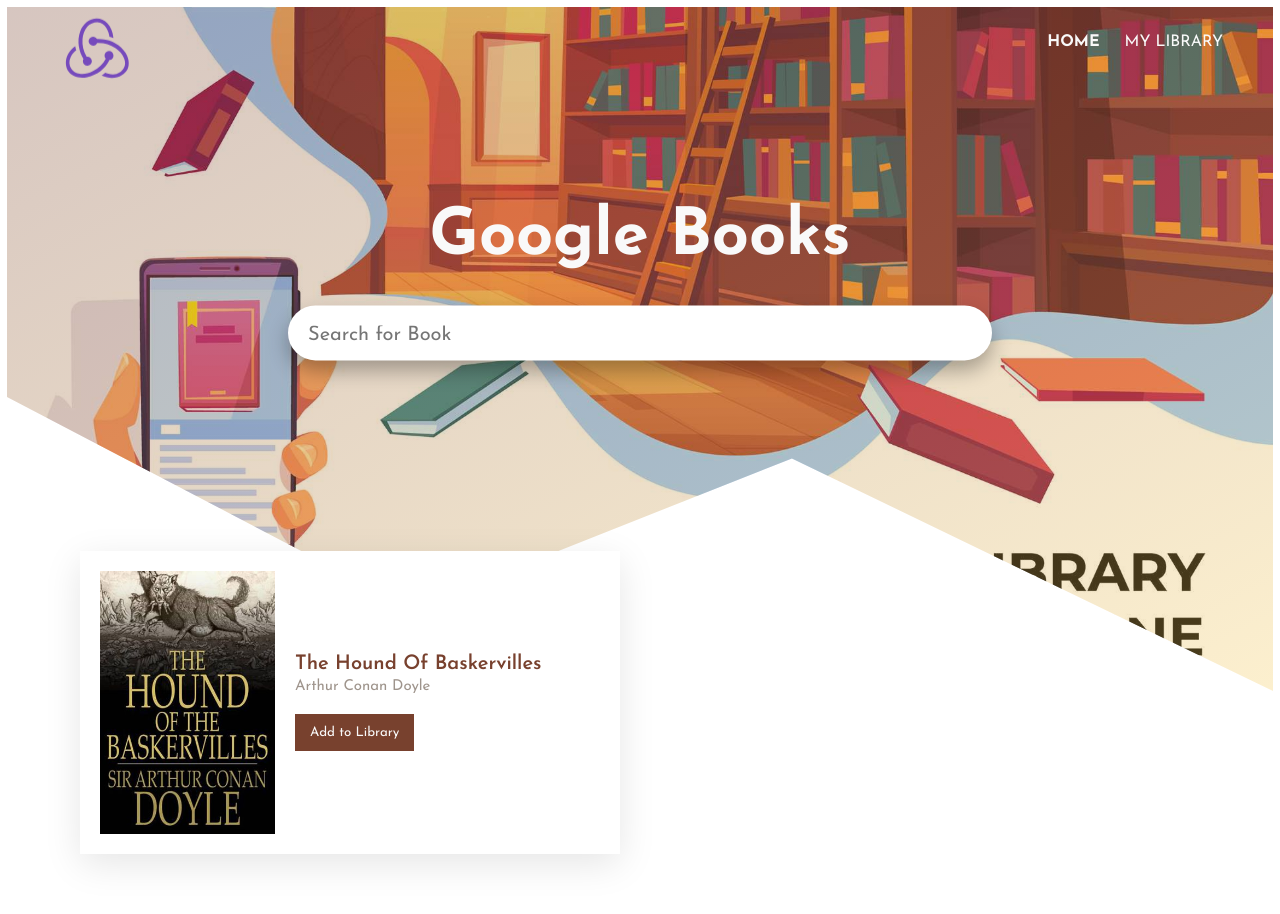
Repository: Kol124/react-book-library
Page: /
The author's editor kept a copy of each file at every save. The page is drawn from the files as they stood at one save, then again after the next save.
The browser window is 1280 px wide. The pictures show the whole page.
Backgrounds fixed to the window are drawn as part of the page. The project was rebuilt for these pictures with package versions that can differ from the ones it lists, and the page was loaded fresh each time. Also part of the build but not shown: src/components/BookCard.js, src/components/Library.js.

Above is the page before, as saved 2021-07-19 18:38:12.

### public/index.html
<!DOCTYPE html>
<html lang="en">
  <head>
    <meta charset="utf-8" />
    <link rel="icon" href="%PUBLIC_URL%/favicon.ico" />
    <meta name="viewport" content="width=device-width, initial-scale=1" />
    <meta name="theme-color" content="#000000" />
    <meta
      name="description"
      content="Web site created using create-react-app"
    />
    <link rel="apple-touch-icon" href="%PUBLIC_URL%/logo192.png" />
    <!--
      manifest.json provides metadata used when your web app is installed on a
      user's mobile device or desktop. See https://developers.google.com/web/fundamentals/web-app-manifest/
    -->
    <link rel="manifest" href="%PUBLIC_URL%/manifest.json" />
    <!--
      Notice the use of %PUBLIC_URL% in the tags above.
      It will be replaced with the URL of the `public` folder during the build.
      Only files inside the `public` folder can be referenced from the HTML.

      Unlike "/favicon.ico" or "favicon.ico", "%PUBLIC_URL%/favicon.ico" will
      work correctly both with client-side routing and a non-root public URL.
      Learn how to configure a non-root public URL by running `npm run build`.
    -->
    <link rel="stylesheet" href="all.min.css" />
    <title>React Redux App</title>
  </head>
  <body>
    <noscript>You need to enable JavaScript to run this app.</noscript>
    <div id="root"></div>
    <!--
      This HTML file is a template.
      If you open it directly in the browser, you will see an empty page.

      You can add webfonts, meta tags, or analytics to this file.
      The build step will place the bundled scripts into the <body> tag.

      To begin the development, run `npm start` or `yarn start`.
      To create a production bundle, use `npm run build` or `yarn build`.
    -->
  </body>
</html>

### src/index.css
@import url(fonts.css);

*,
*::before,
*::after {
  margin: 0;
  padding: 0;
  box-sizing: inherit;
}

html {
  scroll-behavior: smooth;
  box-sizing: border-box;
  font-size: 62.5%;
}

@media only screen and (max-width: 1024px) {
  html {
    font-size: 55.25%;
  }
}

@media only screen and (max-width: 480px) {
  html {
    font-size: 48%;
  }
}

body {
  font-family: Josefin Slab, "Lucida Sans", cursive;
  margin: 0.7rem;
}

a {
  color: #f9f9f9;
  text-decoration: none;
}

h1,
h2,
h3,
h4,
h5,
h6 {
  font-family: Josefin Sans, sans-serif;
}

p {
  color: #5f4e40;
}

/* .App-logo {
  height: 8.5vmin;
  pointer-events: none;
} */

@media (prefers-reduced-motion: no-preference) {
  .App-logo {
    animation: App-logo-float infinite 3s ease-in-out;
  }
}

@keyframes App-logo-float {
  0% {
    transform: translateY(0);
  }
  50% {
    transform: translateY(5px);
  }
  100% {
    transform: translateY(0px);
  }
}

### src/App.js
import React from "react";
import Home from "./components/Home";
import Header from "./components/Header";
import Library from "./components/Library";
import { BrowserRouter as Router, Switch, Route } from "react-router-dom";

function App() {
  return (
    <Router>
      <Header />
      <Switch>
        <Route exact path="/">
          <Home />
        </Route>
        <Route exact path="/Library">
          <Library />
        </Route>
      </Switch>
    </Router>
  );
}

export default App;

### src/app/store.js
import { configureStore } from "@reduxjs/toolkit";
import libraryReducer from "../features/library/librarySlice";
import counterReducer from "../features/counter/counterSlice";

export default configureStore({
  reducer: {
    library: libraryReducer,
    counter: counterReducer,
  },
});

### src/fonts.css
/* josefin-sans-300 - latin */
@font-face {
  font-family: "Josefin Sans";
  font-style: normal;
  font-weight: 300;
  src: url("./fonts/josefin-sans-v17-latin-300.eot"); /* IE9 Compat Modes */
  src: local(""),
    url("./fonts/josefin-sans-v17-latin-300.eot?#iefix")
      format("embedded-opentype"),
    /* IE6-IE8 */ url("./fonts/josefin-sans-v17-latin-300.woff2")
      format("woff2"),
    /* Super Modern Browsers */ url("./fonts/josefin-sans-v17-latin-300.woff")
      format("woff"),
    /* Modern Browsers */ url("./fonts/josefin-sans-v17-latin-300.ttf")
      format("truetype"),
    /* Safari, Android, iOS */
      url("./fonts/josefin-sans-v17-latin-300.svg#JosefinSans") format("svg"); /* Legacy iOS */
}
/* josefin-sans-regular - latin */
@font-face {
  font-family: "Josefin Sans";
  font-style: normal;
  font-weight: 400;
  src: url("./fonts/josefin-sans-v17-latin-regular.eot"); /* IE9 Compat Modes */
  src: local(""),
    url("./fonts/josefin-sans-v17-latin-regular.eot?#iefix")
      format("embedded-opentype"),
    /* IE6-IE8 */ url("./fonts/josefin-sans-v17-latin-regular.woff2")
      format("woff2"),
    /* Super Modern Browsers */
      url("./fonts/josefin-sans-v17-latin-regular.woff") format("woff"),
    /* Modern Browsers */ url("./fonts/josefin-sans-v17-latin-regular.ttf")
      format("truetype"),
    /* Safari, Android, iOS */
      url("./fonts/josefin-sans-v17-latin-regular.svg#JosefinSans")
      format("svg"); /* Legacy iOS */
}
/* josefin-sans-600 - latin */
@font-face {
  font-family: "Josefin Sans";
  font-style: normal;
  font-weight: 600;
  src: url("./fonts/josefin-sans-v17-latin-600.eot"); /* IE9 Compat Modes */
  src: local(""),
    url("./fonts/josefin-sans-v17-latin-600.eot?#iefix")
      format("embedded-opentype"),
    /* IE6-IE8 */ url("./fonts/josefin-sans-v17-latin-600.woff2")
      format("woff2"),
    /* Super Modern Browsers */ url("./fonts/josefin-sans-v17-latin-600.woff")
      format("woff"),
    /* Modern Browsers */ url("./fonts/josefin-sans-v17-latin-600.ttf")
      format("truetype"),
    /* Safari, Android, iOS */
      url("./fonts/josefin-sans-v17-latin-600.svg#JosefinSans") format("svg"); /* Legacy iOS */
}
/* josefin-sans-700 - latin */
@font-face {
  font-family: "Josefin Sans";
  font-style: normal;
  font-weight: 700;
  src: url("./fonts/josefin-sans-v17-latin-700.eot"); /* IE9 Compat Modes */
  src: local(""),
    url("./fonts/josefin-sans-v17-latin-700.eot?#iefix")
      format("embedded-opentype"),
    /* IE6-IE8 */ url("./fonts/josefin-sans-v17-latin-700.woff2")
      format("woff2"),
    /* Super Modern Browsers */ url("./fonts/josefin-sans-v17-latin-700.woff")
      format("woff"),
    /* Modern Browsers */ url("./fonts/josefin-sans-v17-latin-700.ttf")
      format("truetype"),
    /* Safari, Android, iOS */
      url("./fonts/josefin-sans-v17-latin-700.svg#JosefinSans") format("svg"); /* Legacy iOS */
}

/* josefin-slab-300 - latin */
@font-face {
  font-family: "Josefin Slab";
  font-style: normal;
  font-weight: 300;
  src: url("./fonts/josefin-slab-v13-latin-300.eot"); /* IE9 Compat Modes */
  src: local(""),
    url("./fonts/josefin-slab-v13-latin-300.eot?#iefix")
      format("embedded-opentype"),
    /* IE6-IE8 */ url("./fonts/josefin-slab-v13-latin-300.woff2")
      format("woff2"),
    /* Super Modern Browsers */ url("./fonts/josefin-slab-v13-latin-300.woff")
      format("woff"),
    /* Modern Browsers */ url("./fonts/josefin-slab-v13-latin-300.ttf")
      format("truetype"),
    /* Safari, Android, iOS */
      url("./fonts/josefin-slab-v13-latin-300.svg#JosefinSlab") format("svg"); /* Legacy iOS */
}
/* josefin-slab-regular - latin */
@font-face {
  font-family: "Josefin Slab";
  font-style: normal;
  font-weight: 400;
  src: url("./fonts/josefin-slab-v13-latin-regular.eot"); /* IE9 Compat Modes */
  src: local(""),
    url("./fonts/josefin-slab-v13-latin-regular.eot?#iefix")
      format("embedded-opentype"),
    /* IE6-IE8 */ url("./fonts/josefin-slab-v13-latin-regular.woff2")
      format("woff2"),
    /* Super Modern Browsers */
      url("./fonts/josefin-slab-v13-latin-regular.woff") format("woff"),
    /* Modern Browsers */ url("./fonts/josefin-slab-v13-latin-regular.ttf")
      format("truetype"),
    /* Safari, Android, iOS */
      url("./fonts/josefin-slab-v13-latin-regular.svg#JosefinSlab")
      format("svg"); /* Legacy iOS */
}
/* josefin-slab-600 - latin */
@font-face {
  font-family: "Josefin Slab";
  font-style: normal;
  font-weight: 600;
  src: url("./fonts/josefin-slab-v13-latin-600.eot"); /* IE9 Compat Modes */
  src: local(""),
    url("./fonts/josefin-slab-v13-latin-600.eot?#iefix")
      format("embedded-opentype"),
    /* IE6-IE8 */ url("./fonts/josefin-slab-v13-latin-600.woff2")
      format("woff2"),
    /* Super Modern Browsers */ url("./fonts/josefin-slab-v13-latin-600.woff")
      format("woff"),
    /* Modern Browsers */ url("./fonts/josefin-slab-v13-latin-600.ttf")
      format("truetype"),
    /* Safari, Android, iOS */
      url("./fonts/josefin-slab-v13-latin-600.svg#JosefinSlab") format("svg"); /* Legacy iOS */
}
/* josefin-slab-700 - latin */
@font-face {
  font-family: "Josefin Slab";
  font-style: normal;
  font-weight: 700;
  src: url("./fonts/josefin-slab-v13-latin-700.eot"); /* IE9 Compat Modes */
  src: local(""),
    url("./fonts/josefin-slab-v13-latin-700.eot?#iefix")
      format("embedded-opentype"),
    /* IE6-IE8 */ url("./fonts/josefin-slab-v13-latin-700.woff2")
      format("woff2"),
    /* Super Modern Browsers */ url("./fonts/josefin-slab-v13-latin-700.woff")
      format("woff"),
    /* Modern Browsers */ url("./fonts/josefin-slab-v13-latin-700.ttf")
      format("truetype"),
    /* Safari, Android, iOS */
      url("./fonts/josefin-slab-v13-latin-700.svg#JosefinSlab") format("svg"); /* Legacy iOS */
}

### src/components/Home.js
import React, { useState } from "react";
import ResultCard from "./ResultCard";
import axios from "axios";
import styled from "styled-components";

export default function Home() {
  const [query, setQuery] = useState("");
  const [results, setResults] = useState([]);

  const HandleChange = (e) => {
    setQuery(e.target.value);
  };

  function handleSubmit(e) {
    e.preventDefault();

    axios
      .get(
        ` https://www.googleapis.com/books/v1/volumes?q=${query}&maxResults=20`
      )
      .then((res) => {
        setResults(res.data.items);
        console.log(res.data.items);
      });
  }

  return (
    <>
      <HeroContent>
        <Heading>Google Books</Heading>
        <form onSubmit={handleSubmit}>
          <Search
            type="text"
            value={query}
            placeholder="Search for Book"
            onChange={HandleChange}
          />
        </form>
      </HeroContent>
      <Grid>
        {results &&
          results.map((book) => <ResultCard key={book.id} book={book} />)}
        <ResultCard />
      </Grid>
    </>
  );
}

const HeroContent = styled.div`
  position: absolute;
  width: 55%;
  top: 40%;
  left: 50%;
  margin: 0 auto;
  transform: translate(-50%, -50%);

  @media only screen and (max-width: 480px) {
    width: 75%;
  }
`;

const Heading = styled.h1`
  font-size: 6.5rem;
  color: #f9f9f9;
  margin-bottom: 5%;
  text-align: center;
`;

const Search = styled.input`
  font-family: "Josefin Sans", cursive, sans-serif;
  margin: 0 auto 1rem auto;
  height: 5.5rem;
  border: none;
  width: 100%;
  outline: none;
  font-size: 2rem;
  border-radius: 3rem;
  padding: 1.5rem 1rem 1rem 2rem;
  box-shadow: 0 10px 20px rgba(0, 0, 0, 0.3);
`;

const Grid = styled.main`
  grid-template-columns: repeat(2, 1fr);
  margin: -15rem auto 5rem auto;
  display: grid;
  grid-gap: 2rem;
  max-width: 114rem;

  @media only screen and (max-width: 768px) {
    grid-template-columns: 1fr;
  }
`;

### src/components/Header.js
import React from "react";
import Nav from "./Nav";
import styled from "styled-components";

const HeaderBackground = styled.header`
  height: 95vh;
  z-index: -100;
  position: relative;
  background-image: linear-gradient(
      to right bottom,
      rgba(120, 65, 46, 0.3),
      rgb(245, 203, 92, 0.3)
    ),
    url("/images/header-2.jpg");
  background-size: cover;
  background-position: top;
  background-repeat: no-repeat;
  background-attachment: fixed;
  clip-path: polygon(0 0, 100% 0, 100% 100%, 62% 66%, 32% 88%, 0 57%);

  @media only screen and (max-width: 480px) {
    height: 85vh;
  }
`;

const Header = () => {
  return (
    <>
      <Nav />
      <HeaderBackground />
    </>
  );
};

export default Header;

### src/features/library/librarySlice.js
import { createSlice } from "@reduxjs/toolkit";

export const librarySlice = createSlice({
  name: "library",
  initialState: {
    books: [],
  },
  reducer: {
    addBook: (books, action) => {
      books.push({
        id: action.payload.id,
        name: action.payload.name,
        author: action.payload.author,
        completed: false,
      });
      console.log("--> ", books);
    },

    removeBook: (books, action) => {
      books.filter((book) => book.id !== action.payload.id);
    },

    completeBook: (books, action) => {
      const index = books.findIndex((book) => book.id === action.payload.id);
      books[index].completed = !books[index].completed;
    },
  },
});

export const { addBook, removeBook, completeBook } = librarySlice.actions;
export const selectBook = (state) => state.library.books;

export default librarySlice.reducer;

### src/features/counter/counterSlice.js
import { createSlice } from '@reduxjs/toolkit';

export const counterSlice = createSlice({
  name: 'counter',
  initialState: {
    value: 0,
  },
  reducers: {
    increment: state => {
      // Redux Toolkit allows us to write "mutating" logic in reducers. It
      // doesn't actually mutate the state because it uses the Immer library,
      // which detects changes to a "draft state" and produces a brand new
      // immutable state based off those changes
      state.value += 1;
    },
    decrement: state => {
      state.value -= 1;
    },
    incrementByAmount: (state, action) => {
      state.value += action.payload;
    },
  },
});

export const { increment, decrement, incrementByAmount } = counterSlice.actions;

// The function below is called a thunk and allows us to perform async logic. It
// can be dispatched like a regular action: `dispatch(incrementAsync(10))`. This
// will call the thunk with the `dispatch` function as the first argument. Async
// code can then be executed and other actions can be dispatched
export const incrementAsync = amount => dispatch => {
  setTimeout(() => {
    dispatch(incrementByAmount(amount));
  }, 1000);
};

// The function below is called a selector and allows us to select a value from
// the state. Selectors can also be defined inline where they're used instead of
// in the slice file. For example: `useSelector((state) => state.counter.value)`
export const selectCount = state => state.counter.value;

export default counterSlice.reducer;

### src/components/ResultCard.js
import React from "react";
import styled from "styled-components";
import { useSelector, useDispatch } from "react-redux";
import {
  addBook,
  completeBook,
  selectBook,
} from "../features/library/librarySlice";

export const book = {
  id: 1,
  title: "The Hound of Baskervilles",
  author: "Arthur Conan Doyle",
};

const ResultCard = () => {
  const dispatch = useDispatch();
  const books = useSelector(selectBook);

  const myBooks = books.find((myBook) => myBook.id === book.id);

  const addBookDisabled = myBooks ? true : false;

  return (
    // <Card>
    //   {/* <a target={_blank} href={book.volumeInfo.previewLink}></a> */}
    //   {book.volumeInfo.imageLinks === undefined ? (
    //     <img
    //       src="https://via.placeholder.com/270x140/F5F5F5/AAAAAA/?text=No+Image+Available"
    //       alt={book.title}
    //     />
    //   ) : (
    //     <img src={book.volumeInfo.imageLinks.smallThumbnail} alt={book.title} />
    //   )}
    //   <div>
    //     <h2>{book.volumeInfo.title}</h2>
    //     <h4>{book.volumeInfo.authors}</h4>
    //     <span>{book.volumeInfo.pageCount} Pages</span>
    //     {book.searchInfo === undefined ? (
    //       <p>No Description Available.</p>
    //     ) : (
    //       <p>{book.searchInfo.textSnippet}</p>
    //     )}
    //     <Buttons>
    //       <button
    //         disabled={addBookDisabled}
    //         onClick={() => {
    //           dispatch(addBook(book));
    //         }}
    //       >
    //         Add to Library
    //       </button>
    //       {/* <button disabled="">Add to Completed</button> */}
    //     </Buttons>
    //   </div>
    // </Card>
    <>
      <Card>
        <img src="/images/book-03.jpg" alt="the hound of the baskervilles" />
        <div>
          <h2>{book.title}</h2>
          <h4>{book.author}</h4>
          <Buttons>
            <button
              disabled={addBookDisabled}
              onClick={() => dispatch(addBook(book))}
            >
              Add to Library
            </button>
          </Buttons>
        </div>
      </Card>
    </>
  );
};

const Card = styled.div`
  display: flex;
  box-shadow: 0 1rem 3.5rem rgba(0, 0, 0, 0.1);
  background-color: #fff;
  padding: 2rem;
  margin: 1rem;

  > img {
    width: 35%;
  }

  > div {
    display: flex;
    flex-direction: column;
    justify-content: center;
    margin-left: 2rem;

    h2 {
      color: #78412e;
      font-size: 2rem;
      font-weight: 600;
      margin-bottom: 0.5rem;
      text-transform: capitalize;
    }

    h4 {
      font-size: 1.5rem;
      color: #5f4e40;
      opacity: 0.6;
      font-weight: 400;
    }

    p {
      font-size: 1.4rem;
      font-weight: 600;
      letter-spacing: 1px;
    }

    span {
      margin: 0.9rem 0 1.2rem 0;
      font-size: 1.4rem;
      color: #dd6529;
      font-weight: bold;
    }
  }
`;

const Buttons = styled.div`
  display: flex;
  margin-top: 2rem;

  button {
    font-family: Josefin Sans, sans-serif;
    padding: 1.2rem 1.5rem;
    color: #f9f9f9;
    border: none;
    outline: none;
    cursor: pointer;
    transition: 0.3s ease;
    background-color: #78412e;

    &:first-of-type {
      margin-right: 2rem;
    }

    &:hover {
      background-color: #6c3a29;
    }

    @media only screen and (max-width: 768px) {
      font-size: 1.3rem;
    }
  }
`;

export default ResultCard;

### src/components/Nav.js
import React from "react";
import logo from "../logo.svg";
import styled from "styled-components";
import { Link as ReactRouterDomLink, useLocation } from "react-router-dom";

const Nav = () => {
  const { pathname } = useLocation();

  return (
    <Navigation>
      <Logo>
        <img src={logo} className="App-logo" alt="logo" />
      </Logo>

      <NavMenu>
        <li>
          <StyledLink to="/" isActive={pathname === "/"}>
            <span>Home</span>
          </StyledLink>
        </li>

        <li>
          <StyledLink to="/Library" isActive={pathname === "/Library"}>
            <span>My Library</span>
          </StyledLink>
        </li>
      </NavMenu>
    </Navigation>
  );
};

const Link = ({ isActive, children, ...props }) => {
  return <ReactRouterDomLink {...props}>{children}</ReactRouterDomLink>;
};

const Navigation = styled.nav`
  top: 0.7rem;
  right: 0.7rem;
  display: flex;
  margin: 0 auto;
  font-size: 1.6rem;
  position: absolute;
  /* background-color: green; */
  font-family: Josefin Sans, sans-serif;
  justify-content: space-between;
  align-items: center;
  max-width: 130rem;
  padding: 0 5rem;
  height: 7rem;
  left: 0.7rem;
  z-index: 3;
`;

const Logo = styled.a`
  padding: 0;
  width: 80px;
  font-size: 0;
  max-height: 7rem;
  display: inline-block;

  img {
    display: block;
    width: 100%;
  }
`;

const NavMenu = styled.div`
  text-transform: uppercase;
  list-style-type: none;
  position: relative;
  padding: 0px;
  margin: 0px;
  height: 100%;
  display: flex;
  align-items: center;
  flex-flow: row nowrap;
  justify-content: flex-end;

  li:first-of-type {
    margin-right: 2.5rem;
  }
`;

const StyledLink = styled(Link)`
  span {
    color: #f9f9f9;
    cursor: pointer;
    position: relative;
    text-decoration: none;
    font-weight: ${(p) => (p.isActive ? "700" : "500")};

    &:before {
      background-color: rgb(249, 249, 249);
      border-radius: 0px 0px 4px 4px;
      position: absolute;
      bottom: -6px;
      content: "";
      height: 2px;
      opacity: 0;
      left: 0px;
      right: 0px;
      width: auto;
      visibility: hidden;
      transform: scaleX(0);
      transform-origin: left center;
      transition: all 250ms cubic-bezier(0.25, 0.46, 0.45, 0.94) 0s;
    }
  }

  &:hover {
    span:before {
      transform: scaleX(1);
      visibility: visible;
      opacity: 1 !important;
    }
  }
`;

export default Nav;

### src/features/counter/Counter.module.css
.row {
  display: flex;
  align-items: center;
  justify-content: center;
}

.row:not(:last-child) {
  margin-bottom: 16px;
}

.value {
  font-size: 78px;
  padding-left: 16px;
  padding-right: 16px;
  margin-top: 2px;
  font-family: 'Courier New', Courier, monospace;
}

.button {
  appearance: none;
  background: none;
  font-size: 32px;
  padding-left: 12px;
  padding-right: 12px;
  outline: none;
  border: 2px solid transparent;
  color: rgb(112, 76, 182);
  padding-bottom: 4px;
  cursor: pointer;
  background-color: rgba(112, 76, 182, 0.1);
  border-radius: 2px;
  transition: all 0.15s;
}

.textbox {
  font-size: 32px;
  padding: 2px;
  width: 64px;
  text-align: center;
  margin-right: 8px;
}

.button:hover, .button:focus {
  border: 2px solid rgba(112, 76, 182, 0.4);
}

.button:active {
  background-color: rgba(112, 76, 182, 0.2);
}

.asyncButton {
  composes: button;
  position: relative;
  margin-left: 8px;
}

.asyncButton:after {
  content: "";
  background-color: rgba(112, 76, 182, 0.15);
  display: block;
  position: absolute;
  width: 100%;
  height: 100%;
  left: 0;
  top: 0;
  opacity: 0;
  transition: width 1s linear, opacity 0.5s ease 1s;
}

.asyncButton:active:after {
  width: 0%;
  opacity: 1;
  transition: 0s
}

Loaded but not shown: src/index.js (common file); src/serviceWorker.js (common file); public/all.min.css (library)

After the next save:
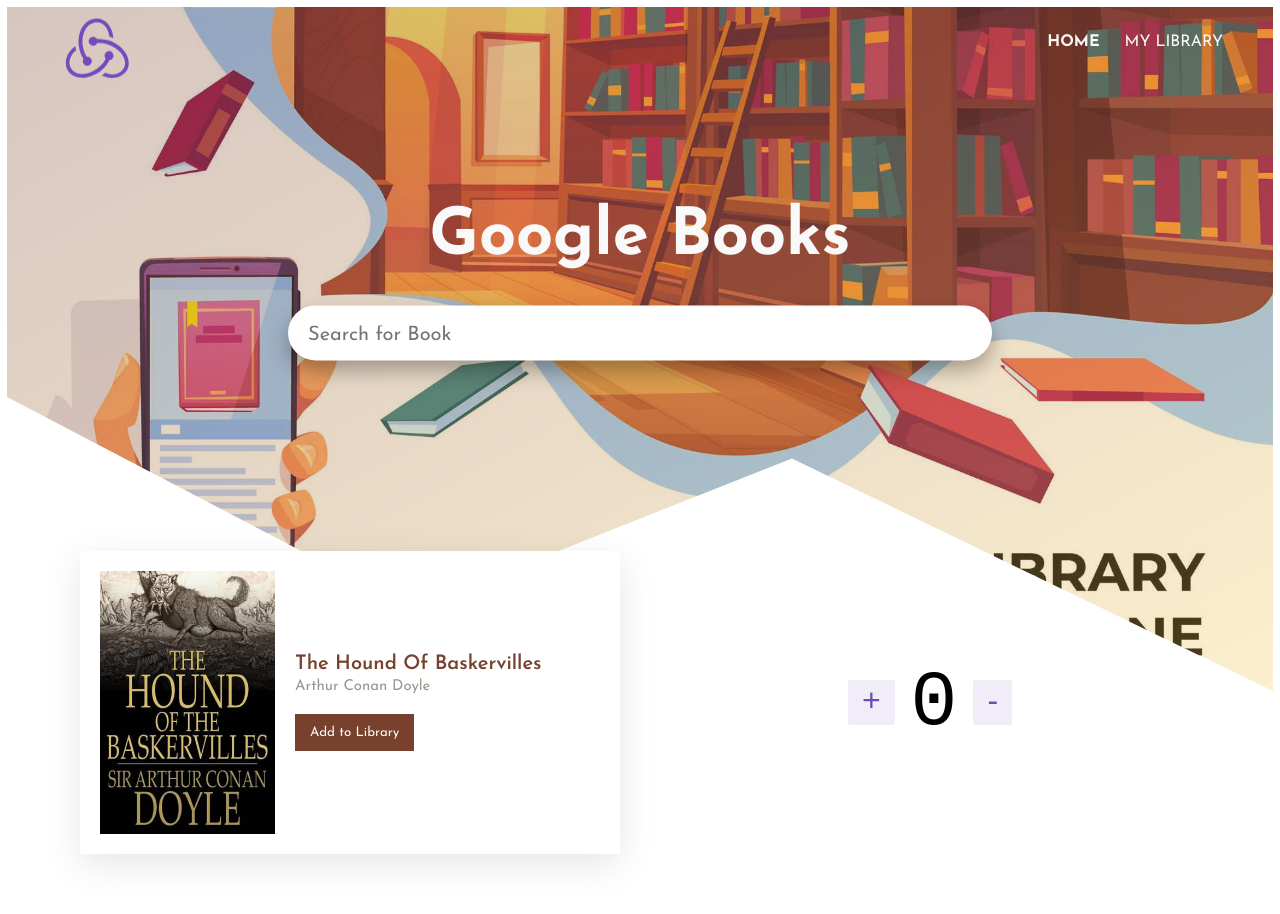
Saved 10 min 12 s later.
--- a/src/components/ResultCard.js
+++ b/src/components/ResultCard.js
@@ -6,6 +6,12 @@
   completeBook,
   selectBook,
 } from "../features/library/librarySlice";
+import {
+  increment,
+  decrement,
+  selectCount,
+} from "../features/Counter/counterSlice";
+import styles from "../features/Counter/Counter.module.css";
 
 export const book = {
   id: 1,
@@ -16,6 +22,7 @@
 const ResultCard = () => {
   const dispatch = useDispatch();
   const books = useSelector(selectBook);
+  const count = useSelector(selectCount);
 
   const myBooks = books.find((myBook) => myBook.id === book.id);
 
@@ -70,6 +77,23 @@
           </Buttons>
         </div>
       </Card>
+      <div className={styles.row}>
+        <button
+          className={styles.button}
+          aria-label="Increment value"
+          onClick={() => dispatch(increment())}
+        >
+          +
+        </button>
+        <span className={styles.value}>{count}</span>
+        <button
+          className={styles.button}
+          aria-label="Decrement value"
+          onClick={() => dispatch(decrement())}
+        >
+          -
+        </button>
+      </div>
     </>
   );
 };
